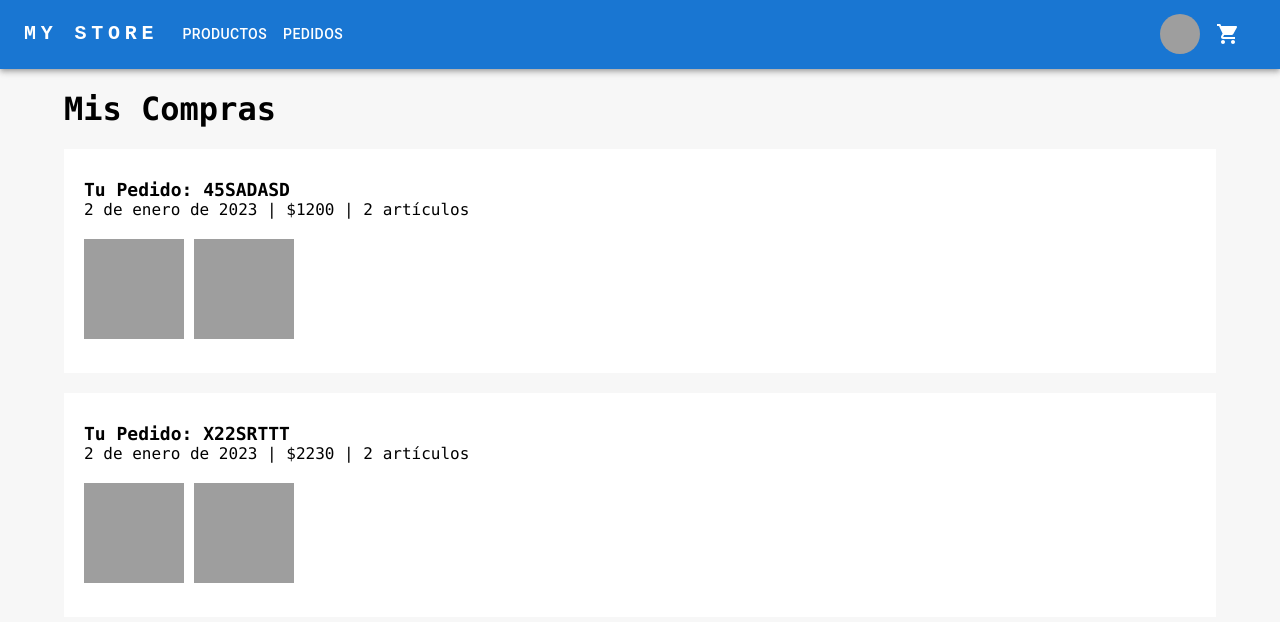
Repository: DanielBorussia/front-my-store
Page: /OrderList
These files come from the project's save history. The page is drawn as it stood at one moment and after the next save; the edit follows.
The browser window is 1280 px wide. The pictures show the whole page.
Pictures or frames that could not be fetched are drawn as grey boxes. The project was rebuilt for these pictures with package versions that can differ from the ones it lists, and the page was loaded fresh each time. Also part of the build but not shown: src/components/OrderItem.js, src/containers/MyOrderPreview.js, src/components/ProductItem.js, src/hooks/useGetProducts.js, src/shared/Loading.js, src/containers/ProductList.js, src/pages/Home.js.

Above is the page before, as saved 2023-07-01 17:08:27.

### src/index.js
import React from 'react';
import ReactDOM from 'react-dom/client';
import './index.css';
import App from './routes/App';
import reportWebVitals from './reportWebVitals';

const root = ReactDOM.createRoot(document.getElementById('root'));
root.render(
  <React.StrictMode>
    <App />
  </React.StrictMode>
);

// If you want to start measuring performance in your app, pass a function
// to log results (for example: reportWebVitals(console.log))
// or send to an analytics endpoint. Learn more: https://bit.ly/CRA-vitals
reportWebVitals();

### src/index.css
body {
  margin: 0;
  -webkit-font-smoothing: antialiased;
  -moz-osx-font-smoothing: grayscale;
  font-family: source-code-pro, Menlo, Monaco, Consolas, "Courier New",
  monospace;
}

### src/routes/App.js
import React from 'react';
import { BrowserRouter, Routes, Route } from 'react-router-dom';
import useInitialState from '../hooks/useInitialState';
import AppContext from '../context/AppContext';
import Layout from '../containers/Layout';
import Home from '../pages/Home';
import ShoppingList from '../containers/ShoppingList';

const App = () => {
    const initialState = useInitialState();
    return (
        //encapsular la aplicacion para compartir la informacion
        <AppContext.Provider value={initialState}>
        <BrowserRouter>
            <Layout>
            <Routes>
                <Route exact path="/" element={<Home/>} />
                <Route exact path="/OrderList" element={<ShoppingList/>} />
            </Routes>
            </Layout>
        </BrowserRouter>
        </AppContext.Provider>

    );
}

export default App;

### src/hooks/useInitialState.js
import { useState } from 'react';

const initialState = {
    cart: [],
}

const useInitialState = () => {
    const [state, setState] = useState(initialState);

    const addToCart = (payload) => {
        setState({
            ...state,
            cart: [...state.cart, payload]
        });
    };

    const removeFromCart = (payload) => {
        setState({
            ...state,
            cart: state.cart.filter(item => item.id != payload.id),
        })
    }

    return {
        state,
        addToCart,
        removeFromCart
    }
}

export default useInitialState;

### src/containers/Layout.js
import React from 'react';
import Header from '../components/Header';
import './../styles/Layout.scss';

const Layout = ({ children }) => {
	return (
		<div className="Layout">
			<Header />
			<div className='Content'>
				{children}
			</div>
		</div>
	);
}

export default Layout;

### src/containers/ShoppingList.js
import { useState } from "react";
// UI
import ShoppingItem from "../components/ShoppingItem";
import { Box, Container } from "@mui/material";

const ShoppingList = () => {
    const [orders, setOrders] = useState([
        {
            id: 1,
            total: 1200,
            code: '45SADASD',
            products:[
                {
                    id: 1,
                    title: 'product 1',
                    image: 'https://assets.adidas.com/images/w_280,h_280,f_auto,q_auto:sensitive/d1d0a4a589d44010bb8daacd00a85d46_9366/FM3897_250_FM3897_01_laydown.jpg.jpg'
                },
                {
                    id: 2,
                    title: 'product 2',
                    image: 'https://assets.adidas.com/images/w_280,h_280,f_auto,q_auto:sensitive/42c462d2f5d94d80930bae6701225f46_9366/HG7757_120_HG7757_03_standard.jpg.jpg'
                }
            ]
        },
        {
            id: 2,
            total: 2230,
            code: 'X22SRTTT',
            products:[
                {
                    id: 1,
                    title: 'product 1',
                    image: 'https://assets.adidas.com/images/w_280,h_280,f_auto,q_auto:sensitive/edfc06406f30408e842cae1c00a35c9c_9366/H57793_640_H57793_01_standard.jpg.jpg'
                },
                {
                    id: 2,
                    title: 'product 2',
                    image: 'https://assets.adidas.com/images/w_280,h_280,f_auto,q_auto:sensitive/42c462d2f5d94d80930bae6701225f46_9366/HG7757_120_HG7757_03_standard.jpg.jpg'
                }
            ]
        }
    ]);

    return (
        <Container>
            <h1>Mis Compras</h1>
            <Box className="soppingList">
                {orders.map(order => (
                    <ShoppingItem order={order} key={order.id} />
                ))}
            </Box>

        </Container>
    );
}

export default ShoppingList;

### src/components/Header.js
import React, { useContext, useState } from 'react';
// UI
import AppBar from '@mui/material/AppBar';
import Box from '@mui/material/Box';
import Toolbar from '@mui/material/Toolbar';
import IconButton from '@mui/material/IconButton';
import Typography from '@mui/material/Typography';
import Menu from '@mui/material/Menu';
import MenuIcon from '@mui/icons-material/Menu';
import Container from '@mui/material/Container';
import Avatar from '@mui/material/Avatar';
import Button from '@mui/material/Button';
import Tooltip from '@mui/material/Tooltip';
import MenuItem from '@mui/material/MenuItem';
import AdbIcon from '@mui/icons-material/Adb';
import ShoppingCartIcon from '@mui/icons-material/ShoppingCart';
import AppContext from '../context/AppContext';
import MyOrderPreview from '../containers/MyOrderPreview';
import { Link } from '@mui/material';

const pages = ['Productos', 'Pedidos'];
const settings = ['Perfil', 'Mis Pedidos', 'Salir'];

const Header = () => {
    const { state } = useContext(AppContext);
    const [anchorElNav, setAnchorElNav] = useState(null);
    const [anchorElUser, setAnchorElUser] = useState(null);
    const [toggleOrderPreview, setToggleOrderPreview] = useState(false);

    const handleOpenNavMenu = (event) => {
        setAnchorElNav(event.currentTarget);
    };

    const handleOpenUserMenu = (event) => {
        setAnchorElUser(event.currentTarget);
    };

    const handleCloseNavMenu = () => {
        setAnchorElNav(null);
    };

    const handleCloseUserMenu = () => {
        setAnchorElUser(null);
    };

    return (
    <AppBar position="static">
      <Container maxWidth="xl">
        <Toolbar disableGutters>
          <Typography
            variant="h6"
            noWrap
            component="a"
            href="/"
            sx={{
              mr: 2,
              display: { xs: 'none', md: 'flex' },
              fontFamily: 'monospace',
              fontWeight: 700,
              letterSpacing: '.3rem',
              color: 'inherit',
              textDecoration: 'none',
            }}
          >
            MY STORE
          </Typography>

          <Box sx={{ flexGrow: 1, display: { xs: 'flex', md: 'none' } }}>
            <IconButton
              size="large"
              aria-label="account of current user"
              aria-controls="menu-appbar"
              aria-haspopup="true"
              onClick={handleOpenNavMenu}
              color="inherit"
            >
              <MenuIcon />
            </IconButton>
            <Menu
              id="menu-appbar"
              anchorEl={anchorElNav}
              anchorOrigin={{
                vertical: 'bottom',
                horizontal: 'left',
              }}
              keepMounted
              transformOrigin={{
                vertical: 'top',
                horizontal: 'left',
              }}
              open={Boolean(anchorElNav)}
              onClose={handleCloseNavMenu}
              sx={{
                display: { xs: 'block', md: 'none' },
              }}
            >

              <MenuItem>
                <Link href={`/`}>
                  <Typography textAlign="center">Productos</Typography>
                </Link>
              </MenuItem>

            </Menu>
          </Box>
          <AdbIcon sx={{ display: { xs: 'flex', md: 'none' }, mr: 1 }} />


          <Typography
            variant="h5"
            noWrap
            component="a"
            href=""
            sx={{
              mr: 2,
              display: { xs: 'flex', md: 'none' },
              flexGrow: 1,
              fontFamily: 'monospace',
              fontWeight: 700,
              letterSpacing: '.3rem',
              color: 'inherit',
              textDecoration: 'none',
            }}
          >
            MY STORE
          </Typography>
          <Box sx={{ flexGrow: 1, display: { xs: 'none', md: 'flex' } }}>
            {pages.map((page) => (
              <Button
                key={page}
                onClick={handleCloseNavMenu}
                sx={{ my: 2, color: 'white', display: 'block' }}
              >
                {page}
              </Button>
            ))}
          </Box>

          <Box sx={{ flexGrow: 0 }}>
            <Tooltip title="Open settings">
              <IconButton onClick={handleOpenUserMenu} sx={{ p: 0 }}>
                <Avatar alt="Remy Sharp" src="/static/images/avatar/2.jpg" />
              </IconButton>
            </Tooltip>
            <Menu
              sx={{ mt: '45px' }}
              id="menu-appbar"
              anchorEl={anchorElUser}
              anchorOrigin={{
                vertical: 'top',
                horizontal: 'right',
              }}
              keepMounted
              transformOrigin={{
                vertical: 'top',
                horizontal: 'right',
              }}
              open={Boolean(anchorElUser)}
              onClose={handleCloseUserMenu}
            >
              {settings.map((setting) => (
                <MenuItem key={setting} onClick={handleCloseUserMenu}>
                  <Typography textAlign="center">{setting}</Typography>
                </MenuItem>
              ))}
            </Menu>
          </Box>
          <Box sx={{ margin: 2 }}>
            <Tooltip title="Car">
              <IconButton  onClick={() => setToggleOrderPreview(!toggleOrderPreview)} color="inherit" sx={{ p: 0 }}>
               <ShoppingCartIcon />
               {state.cart.length > 0 ? <div>{state.cart.length}</div>  : null}
              </IconButton>
            </Tooltip>
          </Box>
        </Toolbar>
      </Container>
      {toggleOrderPreview && <MyOrderPreview />}
    </AppBar>
  );
}

export default Header;

### src/styles/Layout.scss
.Layout{
    background-color: #f7f7f7;
    height: 100vh;
}

### src/components/ShoppingItem.js
import React from 'react';
// UI
import { Box } from '@mui/material';
// Styles Component
import './../styles/ShoppingItem.scss';

const ShoppingItem = ({ order }) => {
    return (
        <section className='shoppingItem'>
            <Box className="shoppingItem__info">
                <span>Tu Pedido: {order.code}</span>
                <Box className="shoppingItem__info--details">
                    2 de enero de 2023 | ${order.total} | {order.products.length } artículos
                </Box>
            </Box>
            <Box className="shoppingItem__content">
                <Box className="shoppingItem__products">
                    {order.products.map(product => (
                        <Box className="shoppingProductItem">
                            <img src={product.image} />
                        </Box>
                    ))}
                </Box>
            </Box>
        </section>
    );
}

export default ShoppingItem;

### src/styles/ProductList.scss
@import 'vars';

.productList {
	display: grid;
	grid-template-columns: repeat(auto-fill, 240px);
	gap: 26px;
	place-content: center;
	margin: 3em 0 0 0;
}

@media (max-width: 640px) {
	.productList {
		grid-template-columns: repeat(auto-fill, 140px);
	}
}

### src/styles/ShoppingItem.scss
.shoppingItem{
    background-color: white;
    padding: 30px 20px;
    margin-bottom: 20px;
    .shoppingItem__info{
        span{
            font-weight: 700;
            font-size: 18px;
        }
    }

    .shoppingItem__info--details{
        margin-bottom: 20px;
    }

    .shoppingItem__products{
        display: flex;
        .shoppingProductItem{
            margin-right: 10px;
            img{
                width: 100px;
                height: 100px;
                object-fit: cover;
                cursor: pointer;
            }
        }
    }
}

### src/styles/MyOrderPreview.scss
@import 'vars';

.myOrderPreview {
	transition: all 0.25s;
    -webkit-transition: all 0.25s;
	overflow:hidden;
    background: #fff;
	width: 360px;
	height: 100%;
	padding: 24px;
	box-sizing: border-box;
	position: absolute;
	right: 0;
	top: 69px;
	border-radius: 6px;
	bottom: 0;
	z-index: 1;
	border: 1px solid var(--very-light-pink);
    .myOrderPreview__title {
        display: flex;
        font-size: var(--lg);
	    font-weight: bold;
		color: var(--black);
        img {
            margin-right: 14px;
         }
    }
}



.myOrderPreview__resume {
	display: grid;
	grid-template-columns: auto 1fr;
	gap: 16px;
	align-items: center;
	background-color: var(--text-input-field);
	margin-bottom: 24px;
	border-radius: 8px;
	padding: 0 24px;
	color: var(--black);

	.myOrderPreview__resume--label {
		font-size: var(--md);
		font-weight: bold;
	}
	.myOrderPreview__resume--value {
		text-align: end;
		font-weight: bold;
	}
}

.primary-button {
	background-color: var(--hospital-green);
	border-radius: 8px;
	border: none;
	color: var(--white);
	width: 100%;
	cursor: pointer;
	font-size: var(--md);
	font-weight: bold;
	height: 50px;
}
@media (max-width: 640px) {
	.myOrderPreview {
		width: 100%;
	}
}

### src/styles/ProductItem.scss
@import 'vars';

.productItem {
	width: 240px;
}
.productItem img {
	width: 240px;
	height: 240px;
	border-radius: 20px;
	object-fit: cover;
	cursor: pointer;
}
.productItem__info {
	cursor: pointer;
	display: flex;
	justify-content: space-between;
	align-items: center;
	margin-top: 12px;
}
.productItem__info figure {
	margin: 0;
}
.productItem__info figure img {
	width: 35px;
	height: 35px;
}
.productItem__info div p:nth-child(1) {
	font-weight: bold;
	font-size: var(--md);
	margin-top: 0;
	margin-bottom: 4px;
}
.productItem__info div p:nth-child(2) {
	font-size: var(--sm);
	margin-top: 0;
	margin-bottom: 0;
	color: var(--very-light-pink);
}
@media (max-width: 640px) {
	.cards-container {
		grid-template-columns: repeat(auto-fill, 140px);
	}
	.ProductItem {
		width: 140px;
	}
	.ProductItem img {
		width: 140px;
		height: 140px;
	}
}

### src/styles/_vars.scss
:root {
	--white: #FFFFFF;
	--black: #000000;
	--very-light-pink: #C7C7C7;
	--text-input-field: #F7F7F7;
	--hospital-green: #ACD9B2;
	--sm: 14px;
	--md: 16px;
	--lg: 18px;
}

### src/styles/OrderItem.scss
@import 'vars';

.orderItem {
	display: grid;
	grid-template-columns: auto 1fr auto auto;
	gap: 16px;
	margin-bottom: 24px;
	align-items: center;
    .orderItem__image img{
        width: 70px;
        height: 70px;
        border-radius: 20px;
        object-fit: cover;
    }
    .orderItem__information--title{
        color: var(--very-light-pink);
    }
    .orderItem__information--price{
        font-size: var(--md);
        font-weight: bold;
        color: var(--black);
    }
}

Loaded but not shown: public/index.html (common file); src/reportWebVitals.js (common file); src/context/AppContext.js (common file)

After the next save:
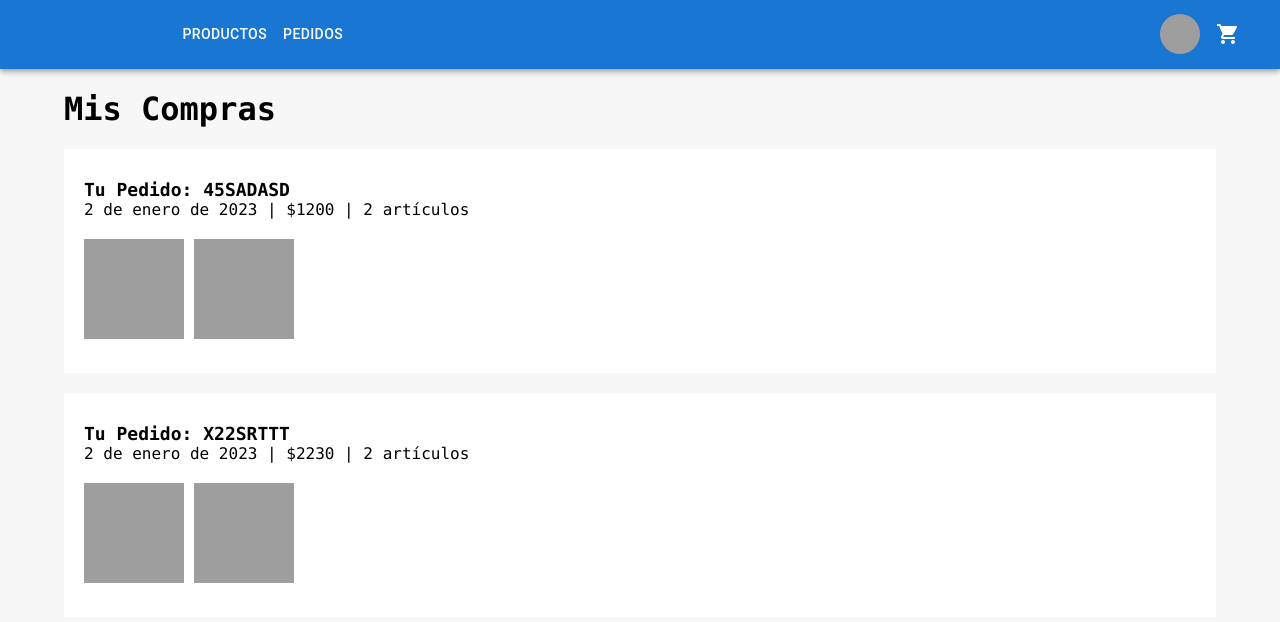
Saved 66 s later.
--- a/src/components/Header.js
+++ b/src/components/Header.js
@@ -47,23 +47,25 @@
     <AppBar position="static">
       <Container maxWidth="xl">
         <Toolbar disableGutters>
-          <Typography
-            variant="h6"
-            noWrap
-            component="a"
-            href="/"
-            sx={{
-              mr: 2,
-              display: { xs: 'none', md: 'flex' },
-              fontFamily: 'monospace',
-              fontWeight: 700,
-              letterSpacing: '.3rem',
-              color: 'inherit',
-              textDecoration: 'none',
-            }}
-          >
-            MY STORE
-          </Typography>
+          <Link href={'/'}>
+            <Typography
+              variant="h6"
+              noWrap
+              component="a"
+              href="/"
+              sx={{
+                mr: 2,
+                display: { xs: 'none', md: 'flex' },
+                fontFamily: 'monospace',
+                fontWeight: 700,
+                letterSpacing: '.3rem',
+                color: 'inherit',
+                textDecoration: 'none',
+              }}
+            >
+              MY STORE
+            </Typography>
+          </Link>
 
           <Box sx={{ flexGrow: 1, display: { xs: 'flex', md: 'none' } }}>
             <IconButton

After the 2 saves that followed:
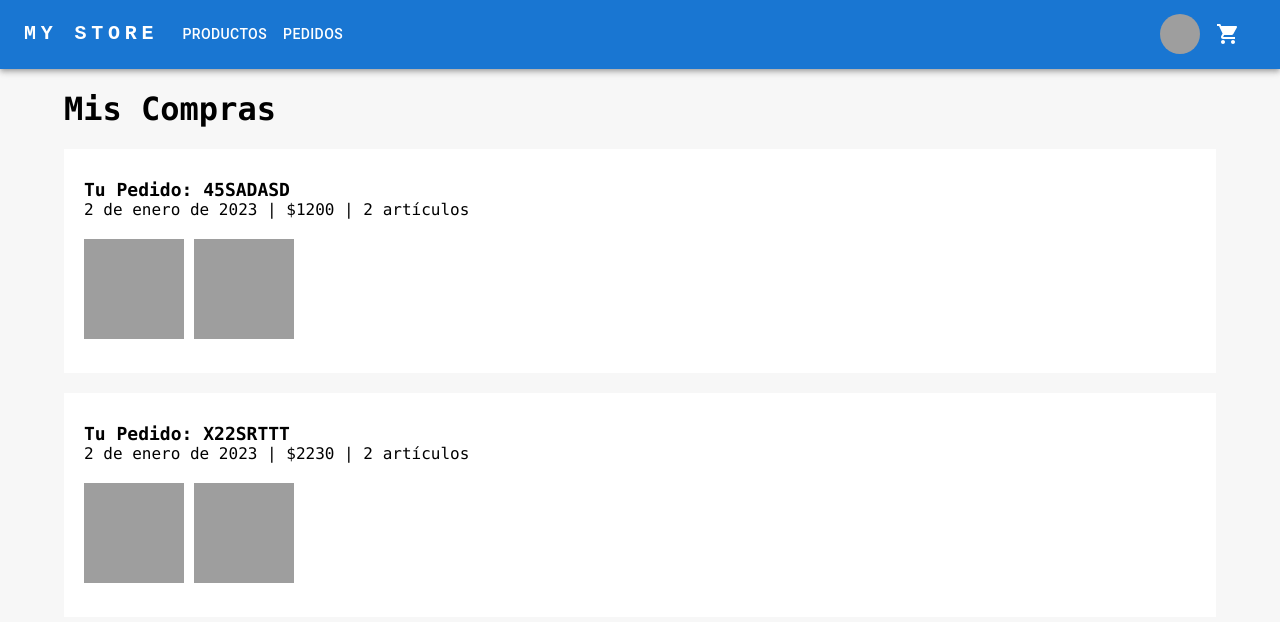
The 2 saves are shown as one change because 1 left the picture as it was.
The last was saved 51 s later.
--- a/src/components/Header.js
+++ b/src/components/Header.js
@@ -47,7 +47,7 @@
     <AppBar position="static">
       <Container maxWidth="xl">
         <Toolbar disableGutters>
-          <Link href={'/'}>
+
             <Typography
               variant="h6"
               noWrap
@@ -65,7 +65,7 @@
             >
               MY STORE
             </Typography>
-          </Link>
+
 
           <Box sx={{ flexGrow: 1, display: { xs: 'flex', md: 'none' } }}>
             <IconButton
